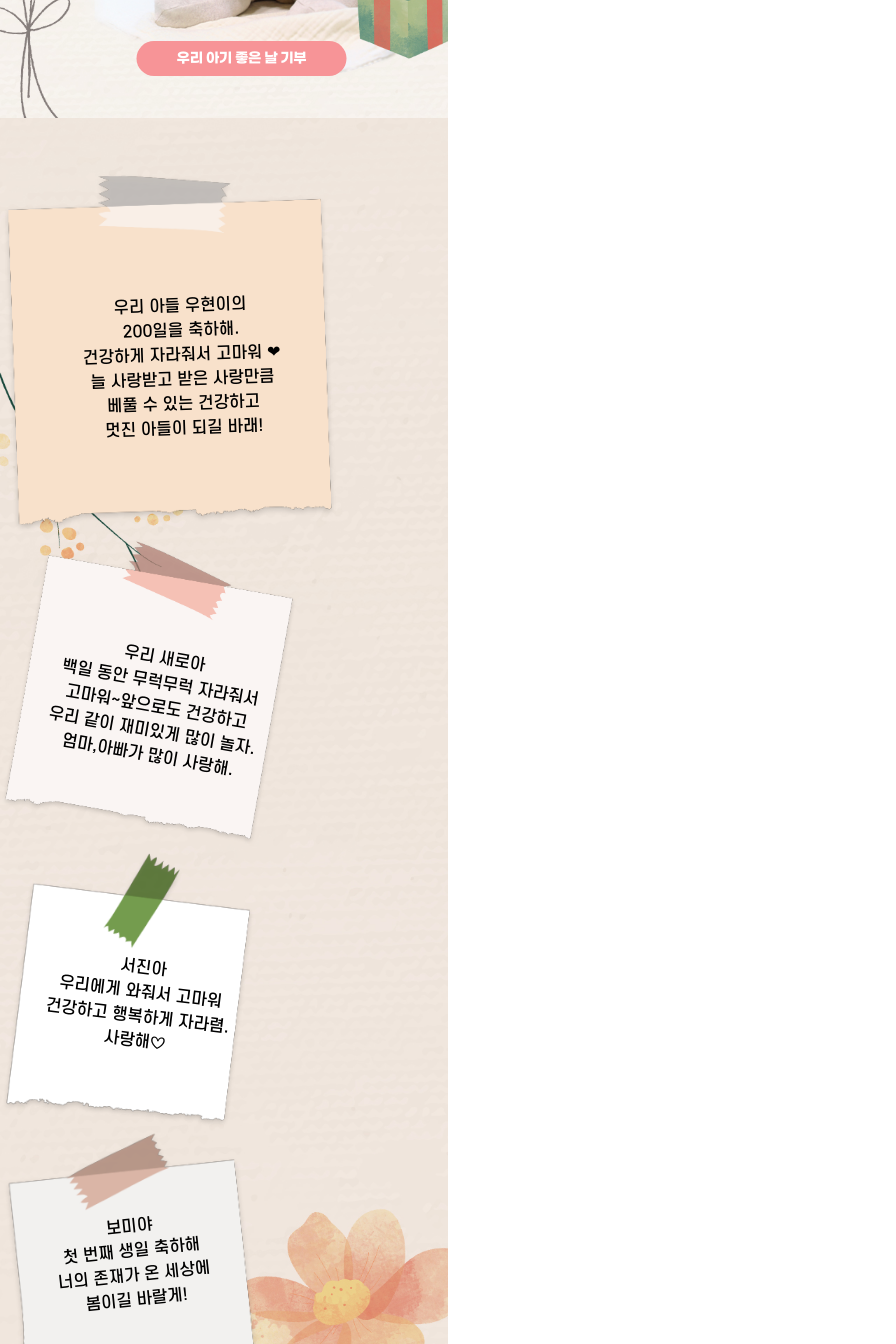
Repository: dlgywls1130/save_children_m
Page: index.html
The author's editor kept a copy of each file at every save. The page is drawn from the files as they stood at one save, then again after the next save.
The browser window is 1280 px wide. The pictures show the part of the page from y = 772 to 2692 px (the page is 9658 px tall), at 70% of full size.

Above is the page before, as saved 2023-12-13 18:56:14.

After the next save:
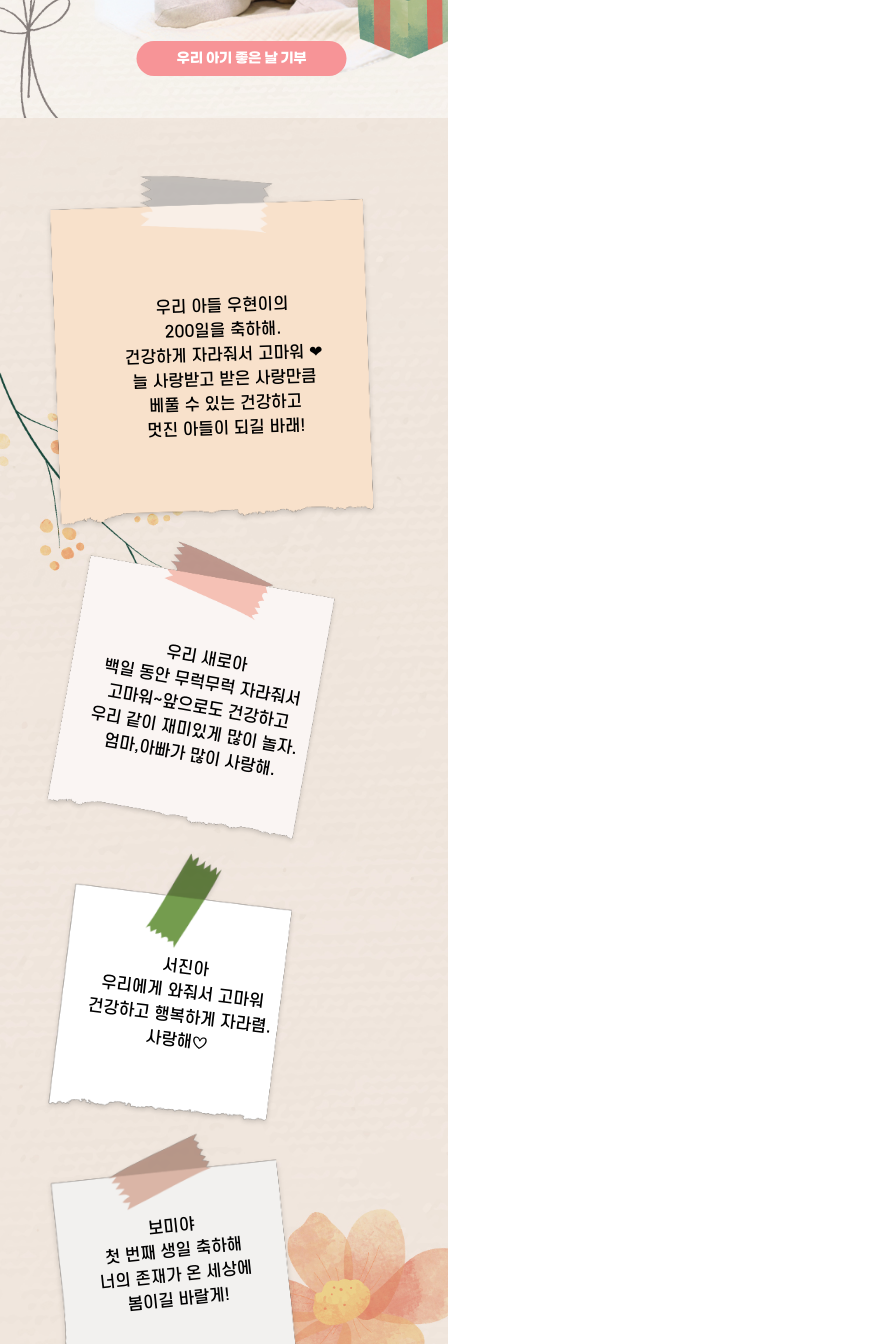
Saved 3 min 59 s later.
--- a/css/style.css
+++ b/css/style.css
@@ -229,12 +229,12 @@
 }
 
 .se02{
-    padding: 76px 0 96px;
     box-sizing: border-box;
     height: 100%;
 }
 .postit_wrapper{
     width: 100%;
+    padding: 76px 60px 96px;
     position: relative;
 }
 
